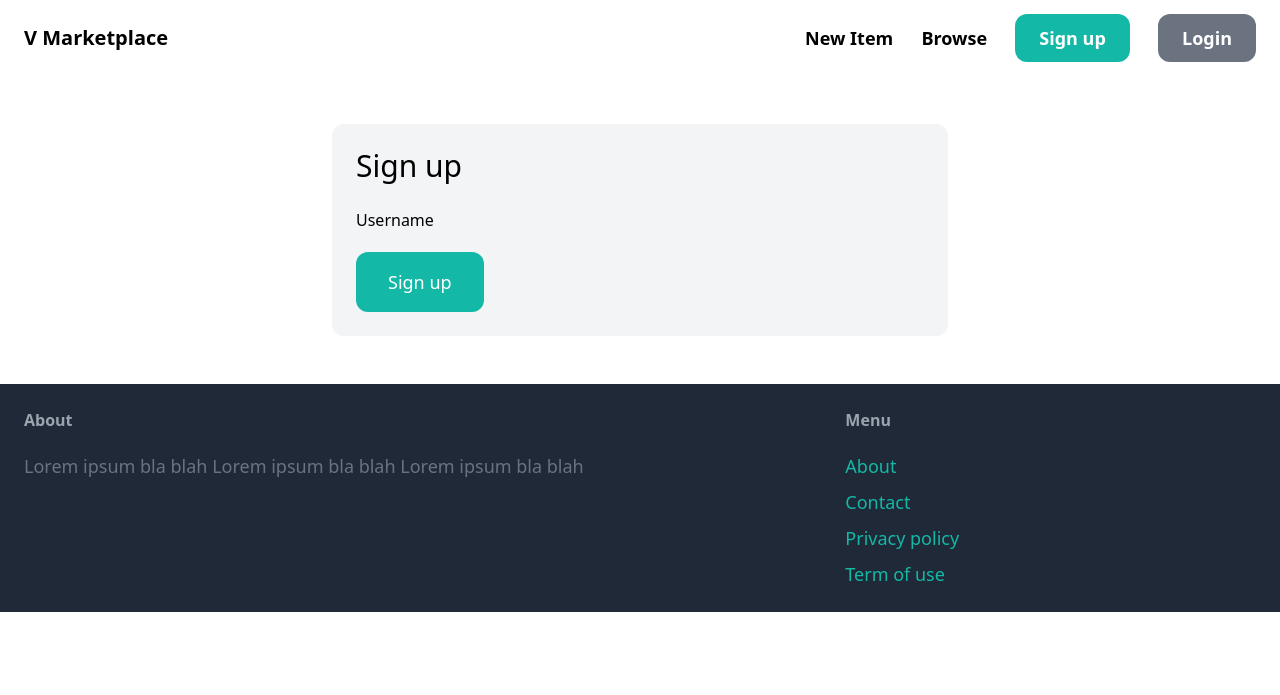
Repository: venu-369/marketplace_django
Page: marketplace/core/templates/core/signup.html
The author's editor kept a copy of each file at every save. The page is drawn from the files as they stood at one save, then again after the next save.
The browser window is 1280 px wide. The pictures show the whole page.
Some web libraries are served in a nearby version. The template is drawn by Django 4.2. The application's start-up code is not run. Other server files are loaded and not shown. The template is opened directly, without the code that normally fills it, so the values that code supplies are empty.

Above is the page before, as saved 2023-02-06 15:56:11.

### marketplace/core/templates/core/signup.html
{% extends 'core/base.html' %}

{% block title %}Sign up{% endblock %}

{% block content %}
<div class="w-1/2 my-6 mx-auto p-6 bg-gray-100 rounded-xl">
    <h1 class="mb-6 text-3xl">Sign up </h1>

    <form method="post" action=".">
        {% csrf_token %}

        {{ form.non_field_errors }}
        <div class="mb-3">
            <label class="inline-block mb-2">Username</label>
            {{ form.username }}

        </div>

        <button class="py-4 px-8 text-lg bg-teal-500 hover:bg-teal-700 rounded-xl text-white " >Sign up</button>
    </form>
</div>
{% endblock %}

### marketplace/core/templates/core/base.html
<!doctype html>


<html>
    <head>
        <meta charset="utf-8">
        <meta name= "viewport" content="width=device-width, initial-scale=1">

        <script src="https://cdn.tailwindcss.com"></script>

        <title>{% block title %}{% endblock %} | V Marketplace</title>
    </head>

    <body>
        <nav class="py-6 px-6 flex justify-between items-center boreder-b border-gray-200">
            <a href="/" class="text-xl font-semibold">V Marketplace</a>

            <div class="space-x-6">
                <a href="#" class="text-lg font-semibold hover:text-gray-500">New Item</a>
                <a href="#" class="text-lg font-semibold hover:text-gray-500">Browse</a>

                <a href="{% url 'core:signup' %}" class="px-6 py-3 text-lg font-semibold bg-teal-500 text-white rounded-xl hover:bg-teal-600">Sign up</a>
                <a href="#" class="px-6 py-3 text-lg font-semibold bg-gray-500 text-white rounded-xl hover:bg-gray-600">Login</a>
            </div>
        </nav>
        <div class="px-6 py-6">
            {% block content %}
            {% endblock %}
        </div>
        <footer class="py-6 px-6 flex justify-between bg-gray-800">
            <div class="w-2/3 pr-10">
                <h3 class="mb-5 font-semibold text-gray-400">About</h3>
                <p class="text-lg text-gray-500">Lorem ipsum bla blah Lorem ipsum bla blah Lorem ipsum bla blah</p>
            </div>
            <div class="w-1/3 ">
                <h3 class="mb-5 font-semibold text-gray-400">Menu</h3>

                <ul class="space-y-2">
                    <li><a href="#" class="text-lg text-teal-500 hover:text-teal-700">About</a></li>
                    <li><a href="{% url 'core:contact' %}" class="text-lg text-teal-500 hover:text-teal-700">Contact</a></li>
                    <li><a href="#" class="text-lg text-teal-500 hover:text-teal-700">Privacy policy</a></li>
                    <li><a href="#" class="text-lg text-teal-500 hover:text-teal-700">Term of use</a></li>
                </ul>

            </div>
        </footer>
    </body>
</html>

After the next save:
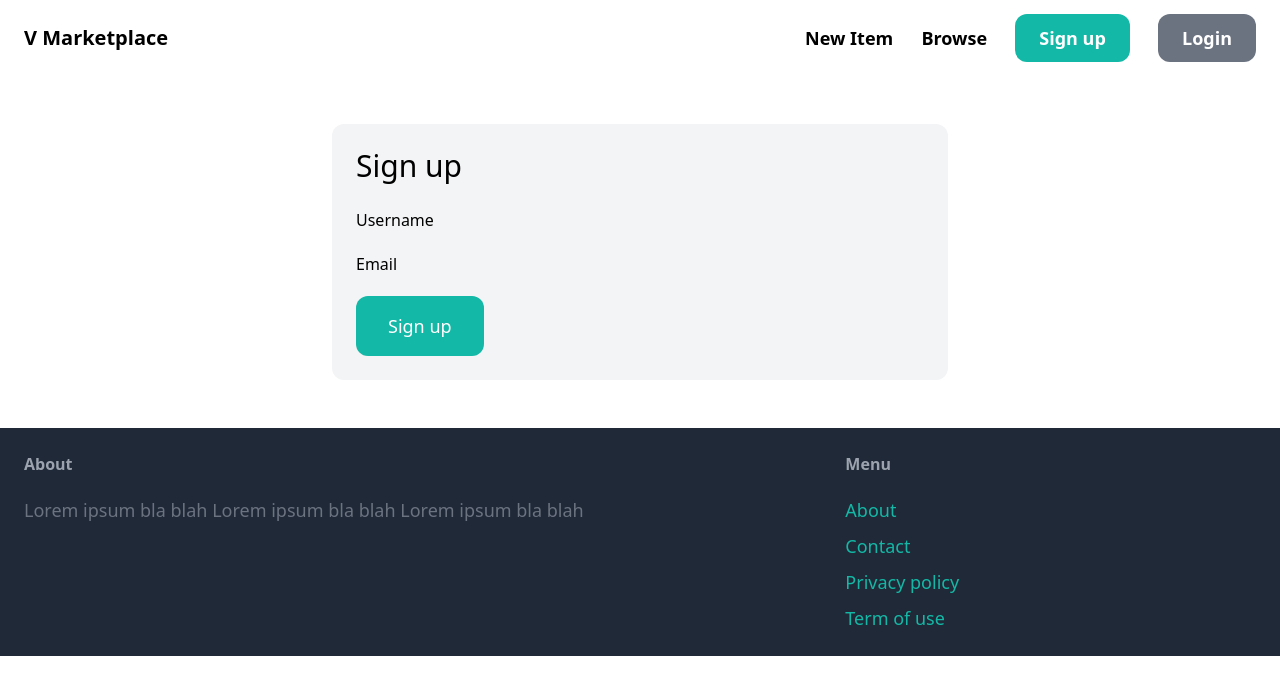
Saved 31 s later.
--- a/marketplace/core/templates/core/signup.html
+++ b/marketplace/core/templates/core/signup.html
@@ -11,9 +11,13 @@
 
         {{ form.non_field_errors }}
         <div class="mb-3">
-            <label class="inline-block mb-2">Username</label>
+            <label class="inline-block mb-2">Username</label><br>
             {{ form.username }}
+        </div>
 
+        <div class="mb-3">
+            <label class="inline-block mb-2">Email</label><br>
+            {{ form.username }}
         </div>
 
         <button class="py-4 px-8 text-lg bg-teal-500 hover:bg-teal-700 rounded-xl text-white " >Sign up</button>
